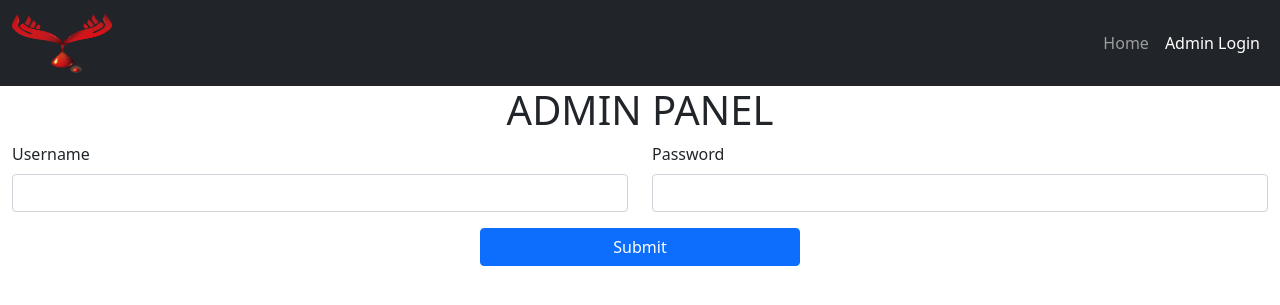
Repository: kshitizJ/Blood-Bank-Management-System-in-jsp
Page: http://localhost/Blood_Bank_Management_System/adminLogin.jsp
These files come from the project's save history. The page is drawn as it stood at one moment and after the next save; the edit follows.
The browser window is 1280 px wide. The pictures show the whole page.
The page is served by Tomcat 9. Other server files are loaded and not shown.

Above is the page before, as saved 2021-04-27 18:26:01.

### Blood Bank Management System/WebContent/adminLogin.jsp
<!DOCTYPE html>
<html lang="en">

<head>
<link
	href="https://cdn.jsdelivr.net/npm/bootstrap@5.0.0-beta3/dist/css/bootstrap.min.css"
	rel="stylesheet"
	integrity="sha384-eOJMYsd53ii+scO/bJGFsiCZc+5NDVN2yr8+0RDqr0Ql0h+rP48ckxlpbzKgwra6"
	crossorigin="anonymous">
<link rel="stylesheet" href="style.css" type="text/css" media="screen">
</head>

<body>
	<nav class="navbar navbar-expand-lg navbar-dark bg-dark">
		<div class="container-fluid">
			<a class="navbar-brand" href="#"><img class="logo img-fluid"
				src="Logo1.png"></a>
			<button class="navbar-toggler" type="button"
				data-bs-toggle="collapse" data-bs-target="#navbarNav"
				aria-controls="navbarNav" aria-expanded="false"
				aria-label="Toggle navigation">
				<span class="navbar-toggler-icon"></span>
			</button>
			<div class="collapse navbar-collapse justify-content-end"
				id="navbarNav">
				<ul class="navbar-nav ">
					<li class="nav-item"><a class="nav-link" href="index.jsp">Home</a></li>
					<li class="nav-item"><a class="nav-link active"
						href="adminLogin.jsp">Admin Login</a></li>
				</ul>
			</div>
		</div>
	</nav>
	<div class="container-fluid">
		<div class="row">
			<div class="col-12">
				<h1 class="text-center text-uppercase">Admin Panel</h1>
			</div>
			<div class="col-12">
				<form class="row d-flex justify-content-center"
					action="adminLogin.jsp" method="POST">
					<div class="mb-3 col-md-6">
						<label for="uname" class="form-label">Username</label> <input
							type="text" class="form-control" id="uname" name="uname">
					</div>
					<div class="mb-3 col-md-6">
						<label for="pass" class="form-label">Password</label> <input
							type="text" class="form-control" id="pass" name="pass">
					</div>
					<button type="submit" class="btn btn-primary col-3">Submit</button>
				</form>
			</div>
		</div>
	</div>
</body>
<script
	src="https://cdn.jsdelivr.net/npm/bootstrap@5.0.0-beta3/dist/js/bootstrap.bundle.min.js"
	integrity="sha384-JEW9xMcG8R+pH31jmWH6WWP0WintQrMb4s7ZOdauHnUtxwoG2vI5DkLtS3qm9Ekf"
	crossorigin="anonymous"></script>
</html>

### Blood Bank Management System/WebContent/style.css
img {
	width: 100%;
	height: 500px;
}

.logo {
	width: 100px;
	height: 60px;
}

container-fluid {
	padding: 0;
}

After the next save:
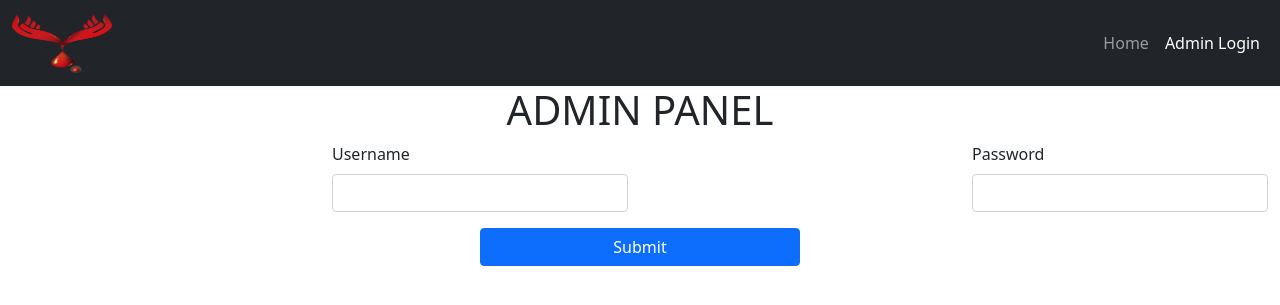
Saved 74 s later.
--- a/Blood Bank Management System/WebContent/adminLogin.jsp
+++ b/Blood Bank Management System/WebContent/adminLogin.jsp
@@ -39,11 +39,11 @@
 			<div class="col-12">
 				<form class="row d-flex justify-content-center"
 					action="adminLogin.jsp" method="POST">
-					<div class="mb-3 col-md-6">
+					<div class="mb-3 offset-md-3 col-md-3">
 						<label for="uname" class="form-label">Username</label> <input
 							type="text" class="form-control" id="uname" name="uname">
 					</div>
-					<div class="mb-3 col-md-6">
+					<div class="mb-3 offset-md-3 col-md-3">
 						<label for="pass" class="form-label">Password</label> <input
 							type="text" class="form-control" id="pass" name="pass">
 					</div>

After the 2 saves that followed:
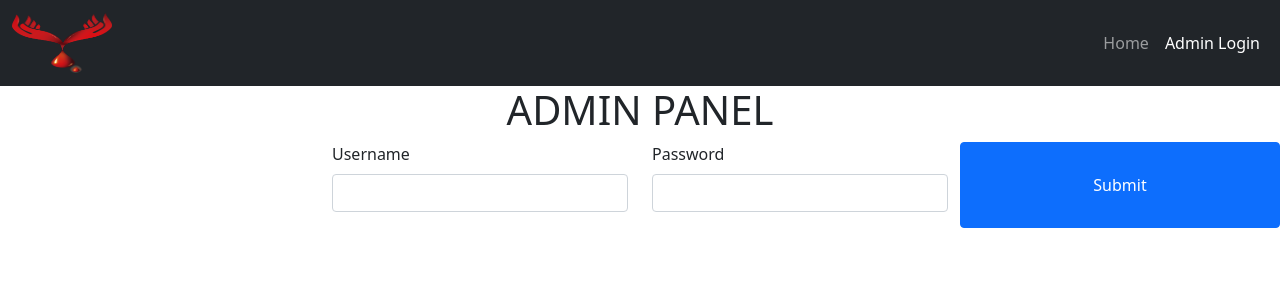
The 2 saves are shown as one change because 1 left the picture as it was.
The last was saved 43 s later.
--- a/Blood Bank Management System/WebContent/adminLogin.jsp
+++ b/Blood Bank Management System/WebContent/adminLogin.jsp
@@ -43,7 +43,7 @@
 						<label for="uname" class="form-label">Username</label> <input
 							type="text" class="form-control" id="uname" name="uname">
 					</div>
-					<div class="mb-3 offset-md-3 col-md-3">
+					<div class="mb-3 col-md-3">
 						<label for="pass" class="form-label">Password</label> <input
 							type="text" class="form-control" id="pass" name="pass">
 					</div>
